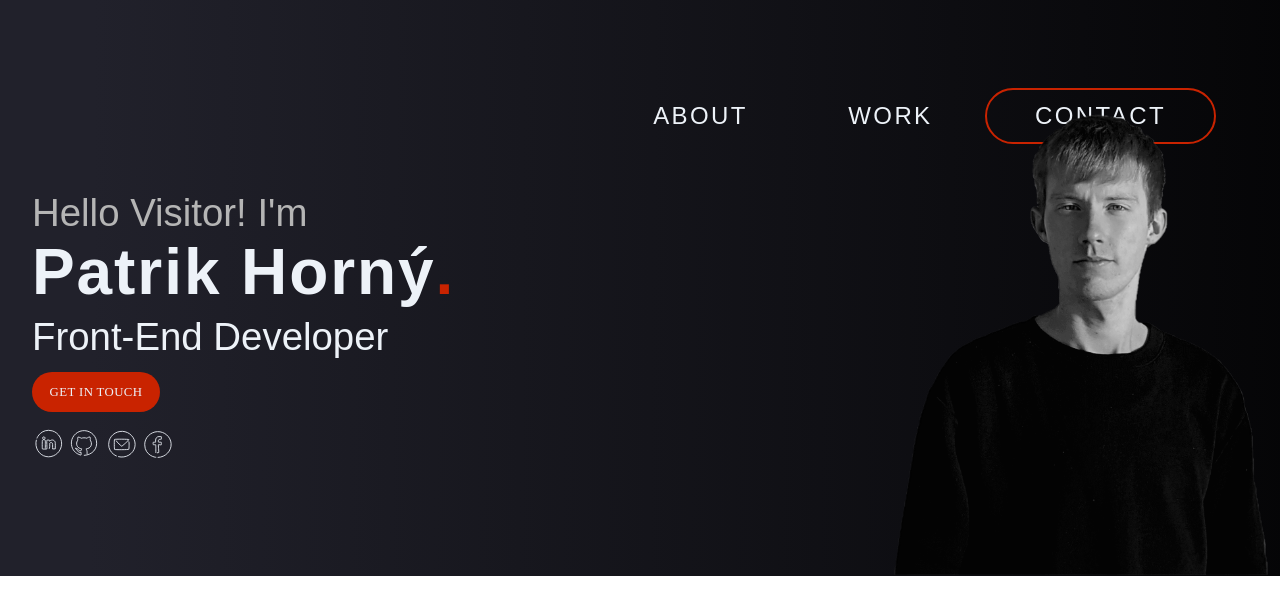
Repository: Spreceriany/portfolio
Page: index.html
These files come from the project's save history. The page is drawn as it stood at one moment and after the next save; the edit follows.
The browser window is 1280 px wide. The pictures show the whole page.
Some web fonts or font styles are not loaded; a fallback is used. The style sheet was rebuilt from its Sass, Less or Tailwind sources for each picture, by a compiler version that may differ from the author's.

Above is the page before, as saved 2021-03-07 17:27:11.

### index.html
<!DOCTYPE html>
<html lang="en">

<head>
    <meta charset="UTF-8">
    <meta http-equiv="X-UA-Compatible" content="IE=edge">
    <meta name="viewport" content="width=device-width, initial-scale=1.0">
    <title>Patrik Horny | Portfolio</title>
    <link rel="stylesheet" href="css/style.css">
    <link rel="preconnect" href="https://fonts.gstatic.com">
    <link href="https://fonts.googleapis.com/css2?family=Asul&family=Chivo:wght@900&display=swap" rel="stylesheet">
</head>

<body>
    <header>
        <nav>
            <ul>
                <li><a href="#">About</a></li>
                <li><a href="#">Work</a></li>
                <li><a href="#">Contact</a></li>
            </ul>
        </nav>
    </header>

    <main>
        <section class="hero">
            <div class="hero__left-col">
                <p class="gray">Hello Visitor! I'm</p>
                <h1>Patrik Horný<span class="orange">.</span></h1>
                <p>Front-End Developer</p>
                <a href="#" class="btn">Get in touch</a>
                <ul>
                    <li><a href="#">
                        <?xml version="1.0" ?><svg height="256px" id="Layer_1" version="1.1" viewBox="0 0 256 256" width="256px" xml:space="preserve" xmlns="http://www.w3.org/2000/svg" xmlns:xlink="http://www.w3.org/1999/xlink"><path class="st0" d="M34.367,105.308c-15.255,58.994,21.499,118.714,77.309,130.865c54.491,11.864,108.741-24.931,122.132-78.209  c13.576-54.011-18.103-112.414-72.055-127.246C77.289,8.035,39.505,84.527,39.501,88.37"/><path class="st0" d="M106.662,168.972c-0.36-21.051,0.978-61.432-0.945-63.422  c-1.923-1.99-17.046-7.923-19.883-12.471c-2.838-4.548-2.011-13.662,8.126-13.674s11.419,8.666,8.78,14.31  c-2.64,5.644-17.584,9.811-19.288,12.105c-1.704,2.294-2.429,68.28,0,69.899c2.429,1.619,32.926,1.484,35.624-0.54  c2.699-2.024-3.374-67.47,0-69.09s17.407-1.889,19.162-1.079c1.754,0.81,0.675,7.692,1.889,8.366  c1.214,0.675,10.171-11.177,24.289-9.446c10.46,1.282,19.837,10.121,21.321,18.892s0.899,34.545,0.54,51.817  c-7.197,0.27-14.394,0.675-21.59,0.945c-0.27-14.574,1.08-33.6-0.81-43.586c-1.889-9.986-22.328-9.849-22.13,0  s1.619,43.586-2.699,43.451" id="linkedin"/></svg>
                    </a></li>
                    <li><a href="#">
                        <?xml version="1.0" ?><svg height="256px" id="Layer_2" version="1.1" viewBox="0 0 256 256" width="256px" xml:space="preserve" xmlns="http://www.w3.org/2000/svg" xmlns:xlink="http://www.w3.org/1999/xlink"><path class="st0" d="M128.1,222.073"/><path class="st0" d="M130.164,226.986c63.917-3.557,108.667-52.057,97.259-116.5c-9.288-52.47-60.722-87.613-112.739-80.577  C61.952,37.041,21.39,85.877,27.386,139.004c5.689,47.857,35.128,70.23,59.685,80.335c5.717,2.353,13.401,5.785,15.997,5.229  c2.596-0.556,1.763-14.95,1.763-21.889c-16,2.459-21.475-3.841-24.875-7.563c-3.857-4.222-6.125-8.563-10.063-14.938  s-11.063-4.875-11.813-8.563s15-2.688,26.313,11.25c8.188,10.146,16.928,7.089,21.625,4.188c0.154-1.612,0.526-3.775,1.438-6.188  c0.967-2.557,3.625-4.104,3.208-5.854c-0.417-1.75-21.804-0.577-34-17.667c-8.809-12.344-9.129-26.955-5.667-37.833  c2.322-7.297,6.196-12.443,8.833-15.417c-1.011-2.162-2.513-6.109-2.583-11.25c-0.076-5.549,1.554-9.796,2.583-12  c3.492,0.104,8.54,0.644,14.25,2.667c5.469,1.937,9.593,4.542,12.333,6.583c4.975-1.671,12.218-3.489,21.083-3.667  c10.135-0.203,18.344,1.819,23.667,3.583c2.616-2.336,6.987-5.648,13.167-7.917c4.489-1.648,8.518-2.229,11.5-2.417  c1.143,2.165,3.075,6.519,3.167,12.332c0.085,5.351-1.426,9.47-2.416,11.664c2.867,3.459,7.394,9.875,9.502,18.995  c0.751,3.249,4.857,20.981-6.996,36.24c-12.408,15.974-33.06,13.524-33.992,15.73c-0.932,2.206,3.964,6.297,6.266,14.877  c2.302,8.58,1.327,24.979,1.327,24.979"/></svg>
                    </a></li>
                    <li><a href="#">
                        <?xml version="1.0" ?><svg height="256px" id="Layer_3" version="1.1" viewBox="0 0 256 256" width="256px" xml:space="preserve" xmlns="http://www.w3.org/2000/svg" xmlns:xlink="http://www.w3.org/1999/xlink"><path class="st0" d="M90.122,111.336c4.814,10.698,40.475,41.901,43.863,42.08s58.662-49.39,57.057-52.778  S79.246,96.18,76.214,99.568c-3.031,3.388-1.962,78.097,0.713,80.237s111.083,2.318,113.401-1.426  c2.318-3.744,4.814-57.414,1.783-60.623"/><path class="st0" d="M108.268,237.352c59.036,15.089,118.653-21.832,130.648-77.676c11.711-54.524-25.236-108.671-78.551-121.912  C106.315,24.34,48.002,56.183,33.321,110.176c-22.447,84.527,54.151,122.097,57.994,122.09"/></svg>
                    </a></li>
                    <li><a href="#">
                        <?xml version="1.0" ?><svg height="256px" id="Layer_1" version="1.1" viewBox="0 0 256 256" width="256px" xml:space="preserve" xmlns="http://www.w3.org/2000/svg" xmlns:xlink="http://www.w3.org/1999/xlink"><g><path class="st0" d="M118.489,204.01c0.668-30.724-0.583-59.627-0.514-61.433c0.099-2.572-16.945,1.061-19.046-1.053   c-2.101-2.114-3.309-18.205-0.521-19.591s15.355,1.129,18.007-0.526c2.652-1.655-11.513-55.269,46.601-43.421   c1.589,0.795-0.132,18.732-1.059,20.122c-0.927,1.39-12.708-1.787-19.062,3.177c-6.354,4.964-3.707,18.664-2.383,19.591   c1.324,0.927,20.188,0.198,21.445,1.589s1.456,18.798,0,20.122c-1.456,1.324-20.819-2.41-22.769-1.058   c-1.606,1.113,4.224,60.038,2.558,62.373c-1.666,2.335-7.731,2.133-11.56,2.226"/><path class="st0" d="M136.577,243.358c60.912-1.648,108.145-53.478,104.395-110.472c-3.662-55.647-54.02-97.612-108.923-95.753   C76.39,39.017,29.02,85.605,29.68,141.555c1.549,87.443,85.505,102.61,89.2,101.551"/></g></svg>
                    </a></li>
                </ul>
            </div>
            <div class="hero__right-col">
                <img src="./img/my_photo.png" alt="my-photo">
            </div>
        </section>
    </main>


    <script src="js/script.js"></script>
</body>

</html>

### css/style.scss
body {
  font-family: "Asul", "Chivo", sans-serif;
}

* {
  box-sizing: border-box;
  margin: 0;
  padding: 0;
}

$white-ish: #edf2f8;
$orange: #c92300;
$gray: #b5b5b5;

.orange {
  color: $orange;
}

.gray {
  color: $gray;
}

header {
  width: 100%;
  max-width: 120em;
  margin: 0 auto;
  min-height: 13vh;
  position: absolute;
  top: 0;
  left: 0;
  right: 0;
  display: flex;
  padding-right: 4em;
  padding-top: 5em;
  justify-content: flex-end;
  nav {
    min-height: 10vh;
    display: flex;
    align-items: center;
    top: 0;
    right: 0;
    ul {
      margin-left: auto;
      display: none;
      @media (min-width: 992px) {
        display: block;
      }
      li {
        display: inline-block;
        padding: 0.5em 2em;
        font-size: 1.5rem;
        text-transform: uppercase;
        cursor: pointer;

        &:last-of-type {
          border: 2px solid $orange;
          border-radius: 9999px;
          background-image: linear-gradient($orange, $orange);
          background-position: 50% 50%;
          background-repeat: no-repeat;
          background-size: 0% 100%;
          transition: background-size 0.3s;
          &:hover {
            background-size: 100% 100%;
          }
        }

        &:not(:last-child) a:hover {
          color: $orange;
        }
        a {
          width: 100%;
          text-decoration: none;
          color: $white-ish;
          letter-spacing: 0.1em;
          transition: color 0.3s ease-out;
        }
      }
    }
  }
}

main {
  margin: 0 auto;
  background-color: black;
}

.btn {
  background-color: $orange;
  padding: 1em 0.7em;
  color: $white-ish;
  border-radius: 9999px;
  width: 10em;
  flex-shrink: 0;
  text-align: center;
  text-decoration: none;
  text-transform: uppercase;
  font-family: "Chivo";
  letter-spacing: 0.03em;
  margin: 1em 0;
  font-size: 0.8rem;
  &:hover{
    background-color: transparent;
  }
}

.hero {
  width: 100%;
  max-width: 120em;
  margin: 0 auto;
  min-height: 80vh;
  background: linear-gradient(
    90.58deg,
    #21212b 7.37%,
    rgba(0, 0, 0, 0.88) 117.59%
  );
  display: grid;
  align-items: center;
  justify-content: center;
  color: $white-ish;
  grid-template-columns: 1fr;

  @media (min-width: 556px) {
    grid-template-columns: 1fr 1fr;
  }

  svg {
    width: 100%;
    height: 100%;
    fill: none;
    stroke: #edf2f8;
    stroke-width: 7;
    stroke-linecap: round;
    stroke-linejoin: round;
    stroke-miterlimit: 10;
    transition: stroke 0.3s, transform 0.3s ease-in;
    &:hover {
      stroke: $orange !important;
      transform: translateY(-2px);
    }
  }

  &__left-col {
    display: flex;
    flex-direction: column;
    padding-left: 2em;
    padding-top: 5em;
    ul {
      list-style-type: none;
      li {
        display: inline-flex;
        width: 2em;
        img {
          width: 100%;
        }
      }
    }

    p {
      font-size: clamp(1rem, 3vw, 2.5rem);
    }

    h1 {
      font-size: clamp(2rem, 5vw, 6rem);
      margin-bottom: 0.1em;
      letter-spacing: .03em;
    }
  }

  &__right-col {
    position: relative;
    height: 100%;
    img {
      position: absolute;
      width: 65%;
      right: 0;
      bottom: 0;
    }
  }
}

Loaded but not shown: js/script.js (no copy from this time; the picture is the same without it)

After the next save:
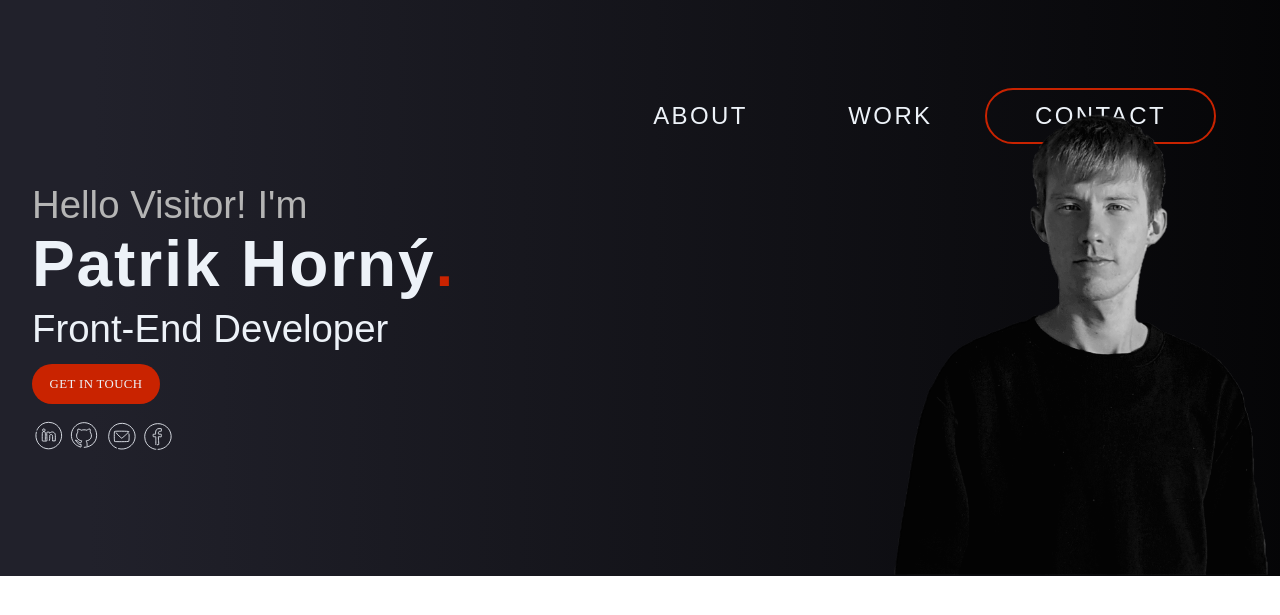
Saved 3 min 52 s later.
--- a/css/style.scss
+++ b/css/style.scss
@@ -144,7 +144,7 @@ main {
     display: flex;
     flex-direction: column;
     padding-left: 2em;
-    padding-top: 5em;
+    padding-top: 4em;
     ul {
       list-style-type: none;
       li {
